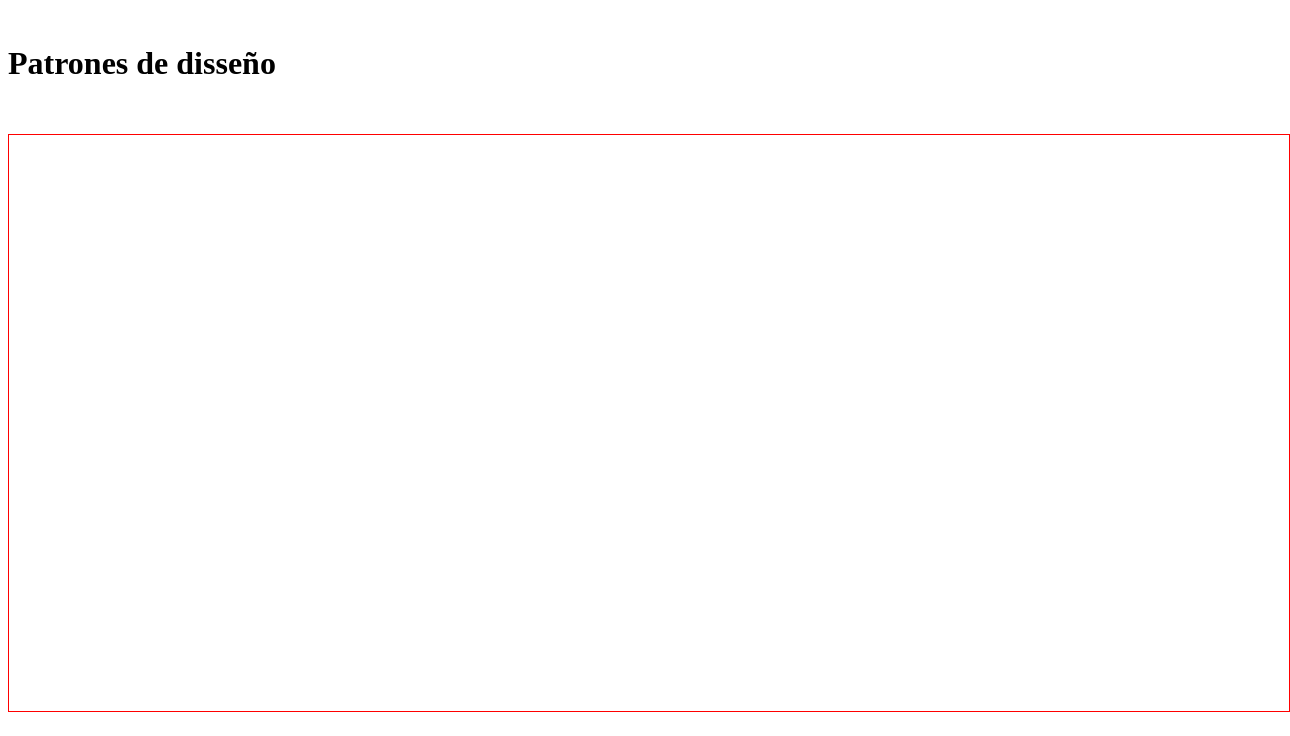
Repository: nrsWebs/design-pattern-es
Page: index.html
An editor plug-in stored every save of this project. The page is shown before and after the next save, followed by the edit.
The browser window is 1280 px wide. The page is 1290 px wide, so the pictures cover 1290 px, including what lies to the right of the window. The pictures show the whole page.

Above is the page before, as saved 2021-02-06 17:55:48.

After the next save:
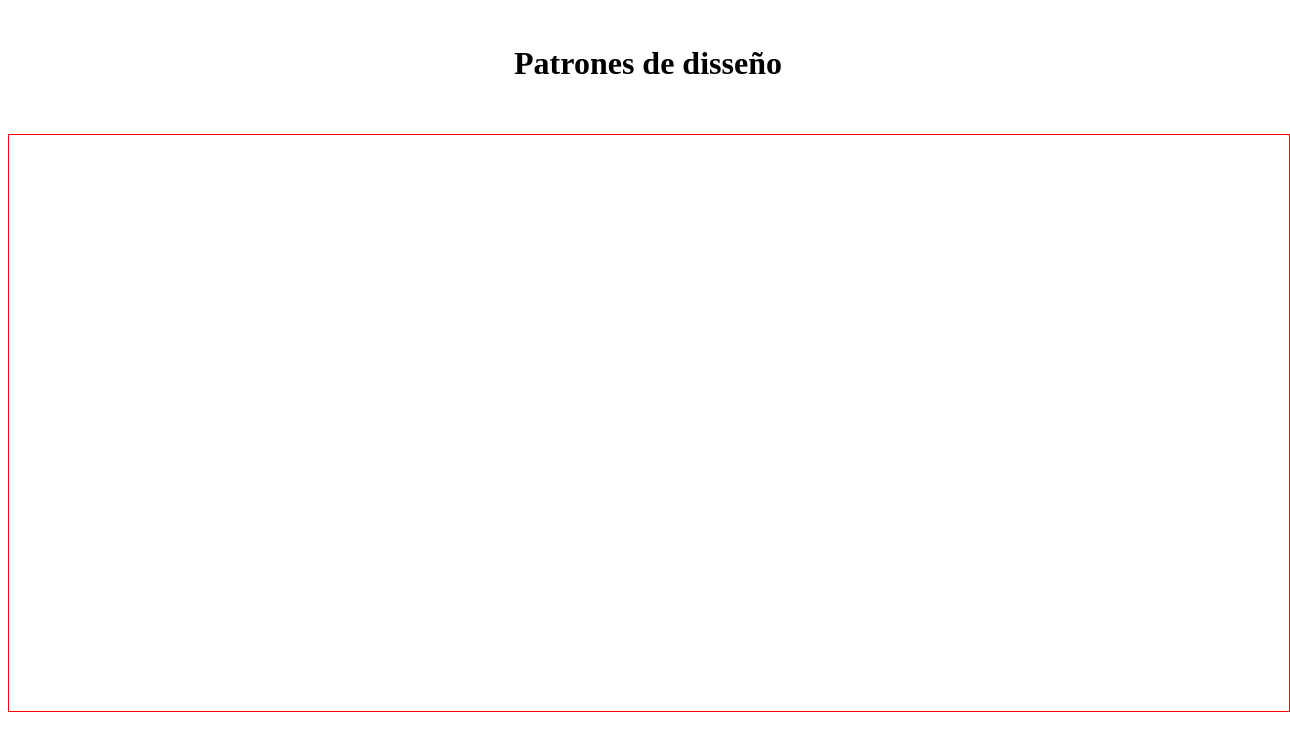
Saved 35 s later.
--- a/source/main.css
+++ b/source/main.css
@@ -17,6 +17,9 @@ body {
     max-width: 1440px;
     height: 100vh;
 }
+h1{
+    text-align: center;
+}
 .box {
     display: flex;
     flex-direction: column;
